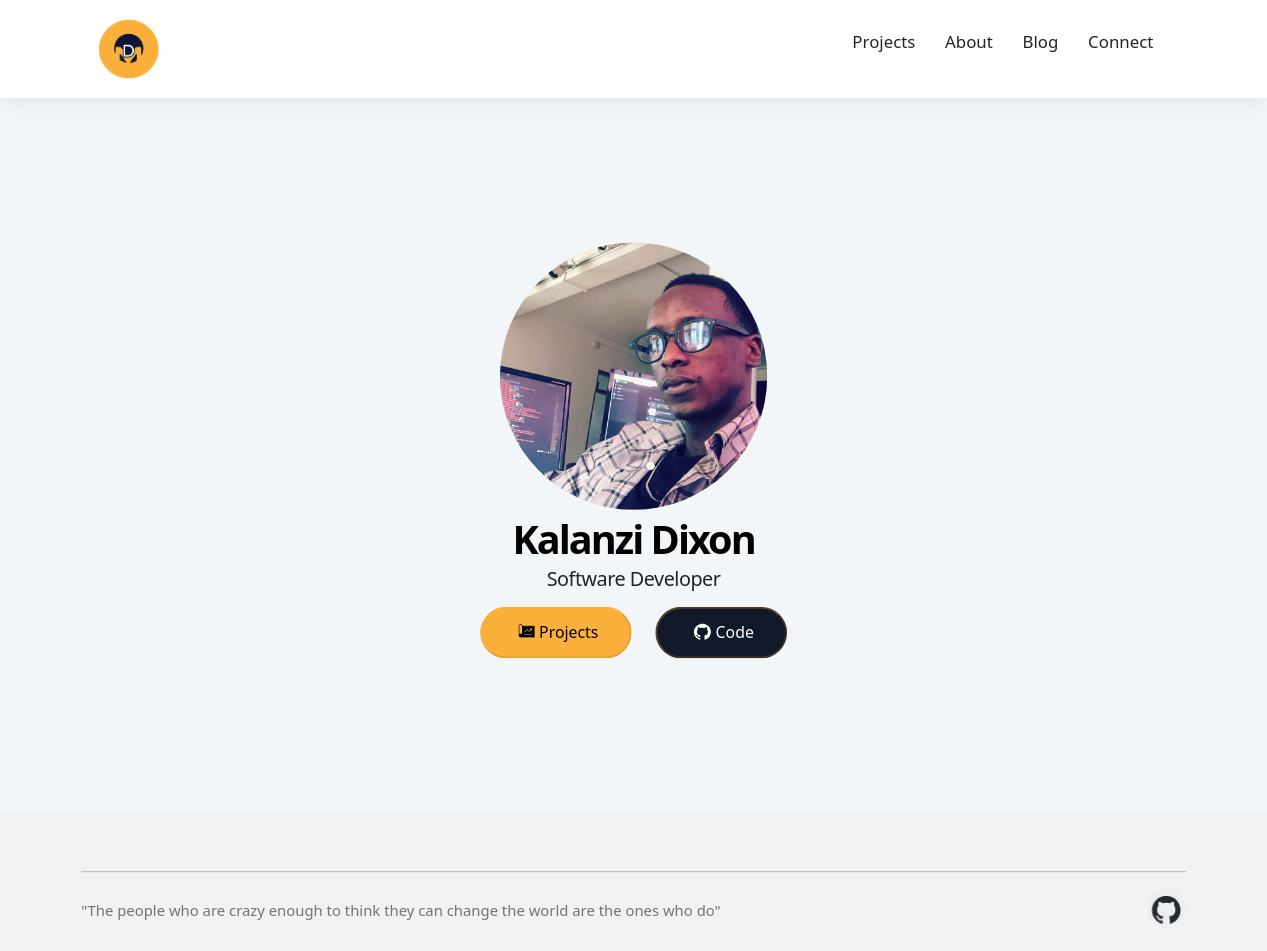
Repository: kaizoku010/firebrand
Page: /
An editor plug-in stored every save of this project. The page is shown before and after a run of saves, followed by the edit.
The browser window is 1280 px wide. The pictures show the whole page, at 99% of full size.
The project was rebuilt for these pictures with package versions that can differ from the ones it lists, and the page was loaded fresh each time. Also part of the build but not shown: vite.config.js, src/update/about.css, src/components/chips.css, src/components/chips.js, src/update/about.js, src/dataPoint/AllProjects.js, src/update/appsPage.js, src/update/blog.css and 4 more.

Above is the page before, as saved 2025-06-05 11:46:10.

### public/index.html
<!DOCTYPE html>
<html lang="en">
  <head>
    <meta charset="utf-8" />
    <link rel="icon" href="%PUBLIC_URL%/logo.ico" />
    <meta name="viewport" content="width=device-width, initial-scale=1" />
    <meta name="theme-color" content="#000000" />
    <meta
      name="description"
      content="Welcome to Firebrand"
    />
    <link rel="apple-touch-icon" href="%PUBLIC_URL%/logo.png" />
    <!--
      manifest.json provides metadata used when your web app is installed on a
      user's mobile device or desktop. See https://developers.google.com/web/fundamentals/web-app-manifest/
    -->
    <link rel="manifest" href="%PUBLIC_URL%/manifest.json" />

    <title>Kalanxi</title>
    <!-- Global site tag (gtag.js) - Google Analytics -->
<script async src="https://www.googletagmanager.com/gtag/js?id=G-C8GX9VTJ6W"></script>
<script>
  window.dataLayer = window.dataLayer || [];
  function gtag(){dataLayer.push(arguments);}
  gtag('js', new Date());

  gtag('config', 'G-C8GX9VTJ6W');
</script>
<script async src="https://pagead2.googlesyndication.com/pagead/js/adsbygoogle.js?client=ca-pub-3855618579065381"
     crossorigin="anonymous"></script>
     <script async custom-element="amp-ad" src="https://cdn.ampproject.org/v0/amp-ad-0.1.js"></script>
  </head>
  <body>
    <noscript>You need to enable JavaScript to run this app.</noscript>
    <div id="root"></div>

  </body>
</html>

### src/App.css
body {
  -webkit-font-smoothing: antialiased;
  background-color: #f3f6f8;
  margin-top: 0px;
  font-family:  ui-sans-serif,system-ui,-apple-system,BlinkMacSystemFont,Segoe UI,Roboto,Helvetica Neue,Arial,Noto Sans,sans-serif,apple color emoji,segoe ui emoji,Segoe UI Symbol,noto color emoji;
;
}

.content{
display: none !important;
}

a {
  text-decoration: none;
  color: #5747ff !important;
}

@media only screen and (max-width: 900px) {
  .holder__ {
    text-align: center;
    padding: 20px;
  }
}

.thumb-lg {
  height: 88px;
  width: 88px;
}
.profile-user-box {
  position: relative;
  border-radius: 5px;
}
.bg-custom {
  /*background-color: #02c0ce !important;  */
  background-color: #02191b !important;
  /* 02191b */
}
.profile-user-box {
  position: relative;
  border-radius: 5px;
}

.card-box {
  padding: 20px;
  position: sticky;
  border-radius: 3px;
  margin-bottom: 30px;
  z-index: 1;
  top: 0;
  background-color: #fff;
}
.inbox-widget .inbox-item img {
  width: 40px;
}

.inbox-widget .inbox-item {
  border-bottom: 1px solid #f3f6f8;
  overflow: hidden;
  padding: 10px 0;
  position: relative;
}

.inbox-widget .inbox-item .inbox-item-img {
  display: block;
  float: left;
  margin-right: 15px;
  width: 40px;
}

.inbox-widget .inbox-item img {
  width: 40px;
}

.inbox-widget .inbox-item .inbox-item-author {
  color: #313a46;
  display: block;
  margin: 0;
}

.inbox-widget .inbox-item .inbox-item-text {
  color: #98a6ad;
  display: block;
  font-size: 14px;
  margin: 0;
}

.inbox-widget .inbox-item .inbox-item-date {
  color: #98a6ad;
  font-size: 11px;
  position: absolute;
  right: 7px;
  top: 12px;
}

.comment-list .comment-box-item {
  position: relative;
}

.comment-list .comment-box-item .commnet-item-date {
  color: #98a6ad;
  font-size: 11px;
  position: absolute;
  right: 7px;
  top: 2px;
}

.comment-list .comment-box-item .commnet-item-msg {
  color: #313a46;
  display: block;
  margin: 10px 0;
  font-weight: 400;
  font-size: 15px;
  line-height: 24px;
}

.comment-list .comment-box-item .commnet-item-user {
  color: #98a6ad;
  display: block;
  font-size: 14px;
  margin: 0;
}

.comment-list a + a {
  margin-top: 15px;
  display: block;
}

.ribbon-box .ribbon-primary {
  background: #2d7bf4;
}

.ribbon-box .ribbon {
  position: relative;
  float: left;
  clear: both;
  padding: 5px 12px 5px 12px;
  margin-left: -30px;
  margin-bottom: 15px;
  font-family: Rubik, sans-serif;
  -webkit-box-shadow: 2px 5px 10px rgba(49, 58, 70, 0.15);
  -o-box-shadow: 2px 5px 10px rgba(49, 58, 70, 0.15);
  box-shadow: 2px 5px 10px rgba(49, 58, 70, 0.15);
  color: #fff;
  font-size: 13px;
}
.text-custom {
  color: #949797 !important;
}

.badge-custom {
  background: #02c0ce;
  color: #fff;
}
.badge {
  font-family: Rubik, sans-serif;
  -webkit-box-shadow: 0 0 24px 0 rgba(0, 0, 0, 0.06),
    0 1px 0 0 rgba(0, 0, 0, 0.02);
  box-shadow: 0 0 24px 0 rgba(0, 0, 0, 0.06), 0 1px 0 0 rgba(0, 0, 0, 0.02);
  padding: 0.35em 0.5em;
  font-weight: 500;
}
.text-muted {
  color: #98a6ad !important;
}
project_list
.font-13 {
  font-size: 13px !important;
}

.fire-text {
  text-align: justify;
}

@media screen and (max-width: 800px) {
  .card-box {
    padding: 20px !important;
    position: sticky;
    border-radius: 3px;
    margin-bottom: 30px;
    z-index: 1;
    top: 0;
    background-color: #fff;
  }
}


.main-color{
  color: #fbb03b;
}

### src/update/header.js
import React from 'react'
import "./header.css"
import Logo from "../img/logo.png"
import Email from "../img/email.png"
import { Link } from "react-router-dom";

function header() {
  return (
      <header class="header">
    <nav>
    <div class="logo">
          <a class="name_logo" href="index.html">Muneza.<span>Dixon</span></a>
        <Link to="/">  <img class="fireband-logo" src={ Logo} /></Link>
    </div>
    <input type="checkbox" id="menu-toggle"/>
    <label for="menu-toggle" class="menu-icon">&#9776;</label>
    <ul class="menu">
      <li><Link to={"apps"}>Projects</Link></li>
      <li><Link to={"about"} href="#">About</Link></li>
      <li><Link to={"blog"}>Blog</Link></li>
      <li><a href={"connect"}>Connect</a></li>
    </ul>
  </nav>
</header>
  )
}
// #9f0009 reds
export default header

### src/update/homescreen.js
import React from "react";
import UserImage from "../img/pp.jpg";
import "./homescreen.css";
import { Link } from "react-router-dom";
import CodeIc from "../img/code-ic.png";
import ProjectIc from "../img/project-ic.png";

function homescreen() {
  return (
    <div class="homepage">
      <main className="main-content">
        <img id="userImage" src={UserImage} />
        <h1 className="userName">Kalanzi Dixon</h1>
        <h2 className="userRole"> Software Developer</h2>
        <div className="site-holder">
          <Link to="/apps">
            <button id="btn-projects">
              <img className="project-ic" src={ProjectIc} />
              Projects
            </button>
          </Link>

          <Link target="_blank" to="https://github.com/kaizoku010">
            <button id="btn-code">
              <img className="project-ic" src={CodeIc} />
              Code
            </button>
          </Link>
        </div>
      </main>
    </div>
  );
}

export default homescreen;

### src/update/header.css
header_div {
    padding: 0;
    margin: 0;
    box-sizing: border-box;
    font-family: sans-serif;
    text-decoration: none;
    list-style: none;
  }


  .name_logo{
    display:none;
  }

  .header {
    position: sticky;
    top: 0;
    grid-area: header;
    width: 100%;
    box-shadow: 0 4px 20px hsla(207, 24%, 35%, 0.1);
    background-color: white;
    z-index: 2;
  }

  .email-ic{
    width:38px;
  }

  nav {
    display: flex;
    justify-content: space-between;
    align-items: center;
    padding: 20px 100px;
  }

  .logo a {
    font-size: 24px;
    font-weight: bold;
    color: #fff;
  }

  .logo a span {
    color: #8739fa;
  }


  .menu {
    display: flex;
    list-style:none;
    justify-content: center;
    align-items: center;
  }

  .menu a {
    display: block;
    padding: 7px 15px;
    font-size: 17px;
    font-weight: 500;
    transition: 0.2s all ease-in-out;
    color: #fff;
  }

  .menu:hover a {
    opacity: 0.4;
  }

  .menu a:hover {
    opacity: 1;
    color: #fff;
  }

  .menu-icon {
    display: none;
  }

  #menu-toggle {
    display: none;
  }

  #menu-toggle:checked ~ .menu {
    transform: scale(1, 1);
  }

  @media only screen and (max-width: 950px) {
    .menu {
      flex-direction: column;
      background-color: white;
      align-items: start;
      position: absolute;
      top: 82px;
      left: 0;
      width: 100%;
      z-index: 1;
      padding-left: 10px;
      transform: scale(1, 0);
      transform-origin: top;
      transition: transform 0.3s ease-in-out;
      box-shadow: rgba(0, 0, 0, 0.15) 1.95px 1.95px 2.6px;
    }

    nav {
      display: flex;
      justify-content: space-between;
      align-items: center;
      padding: 18px 30px;
  }

    .name_logo{
        display:none;
      }

    .menu a {
      margin-left: 12px;
    }

    .menu li {
      margin-bottom: 10px;
    }

    .menu-icon {
      display: block;
      color: black;
      font-size: 28px;
      cursor: pointer;
    }
    /* my logo */

  .fireband-logo{
    width: 50px !important;

  }
  }



  .fireband-logo{
    width: 60px;
  }


  .header a {
    color:#212529 !important
      }
    .header a:hover {
        color:#fbb03b !important;
    }

### src/update/homescreen.css
.homepage{
    /* margin-top: 50px; */
    display: flex;
    place-content: center;
    height: 100vh;
    align-items: center;
    position: relative;

    min-height: 500px;
}

.main-content{
    text-align: center;
    display: flex;
    flex-direction: column;
}

#userImage{
    border-radius: 50% !important;
    align-self: center;
    margin-bottom: 10px;
    width: 60%;
}

.userName{
    letter-spacing: -.05em;
    font-size: 2.5rem;
    text-align: center;
    background: -webkit-radial-gradient(#030303, #010001);
    -webkit-background-clip: text;
    background-clip: text;
    -webkit-text-fill-color: transparent;
    line-height: 1;
    font-weight: 700;
    white-space: nowrap;
}

.userRole{
    max-width: 48rem;
    font-size: 20px;
    font-weight: 100;
    margin-left: auto;
    letter-spacing: -.025em;
    color: rgb(17 24 39 / var(50%));
    text-align: center;
    margin-right: auto;
}

.site-holder{
    padding-left: 1.5rem;
    flex-wrap: nowrap;
    padding-right: 1.5rem;
    gap: 1.5rem;
    margin-top: 0.5rem;
    margin-bottom: 0.5rem;
    justify-content: center;
    display: flex;
    flex-direction: row;
}

#btn-projects{
    color: rgb(255 255 255 / var(10%));
    padding-top: 0.75rem;
    background-color: #fbb03b;
    padding-bottom: 0.75rem;
    opacity: 1;
    line-height: 1.375;
    color: black;
    font-weight: 500;
    border-radius: 2.5rem;
    border-color: #fbb03b45;
    padding-left: 2rem;
    padding-right: 2rem;
}

#btn-projects:hover{
    background-color: #efa123;

}


.project-ic{
    height:1rem;
    padding-right: 5px;
    padding-left: 5px;
    margin-bottom: 5px !important;
}

#btn-code{
background-color:  rgb(17 24 39);
color: rgb(255 255 255 / var(10%));
padding-top: 0.75rem;
padding-bottom: 0.75rem;
opacity: 1;
line-height: 1.375;
color: white;
font-weight: 500;
border-radius: 2.5rem;
border-color: #fbb03b45;
padding-left: 2rem;
padding-right: 2rem;
}

#btn-code:hover{
    background-color: rgb(71, 74, 81);

}

@media only screen and (max-width: 950px) {
    .homepage {
        display: flex;
        place-content: center;
        height: 100%;
        align-items: center;
        position: relative;
    }

    .site-footer {
        position: relative;
        background-color: #f0f2f4e4;
        padding: 0px 0 20px !important;
        font-size: 15px;
        line-height: 24px;
        color: #737373;
    }
}

### src/update/appsPage.css
/* Base Styles */
:root {
  --primary-color: #333333;
  --secondary-color: #fbb03b;
  --accent-color: #fbb03b;
  --background-color: #f8f9fa;
  --card-bg-color: #ffffff;
  --text-color: #333333;
  --text-light: #6c757d;
  --border-radius: 12px;
  --box-shadow: 0 10px 30px rgba(0, 0, 0, 0.08);
  --transition: all 0.3s ease;
}

.appsHolder {
  background-color: var(--background-color);
  min-height: 100vh;
  padding-bottom: 4rem;
  overflow-x: hidden;
}

/* Loading Animation */
.loading-container {
  display: flex;
  flex-direction: column;
  align-items: center;
  justify-content: center;
  height: 100vh;
  background-color: var(--background-color);
}

.loader {
  width: 50px;
  height: 50px;
  border: 5px solid rgba(67, 97, 238, 0.2);
  border-radius: 50%;
  border-top-color: var(--primary-color);
  animation: spin 1s ease-in-out infinite;
  margin-bottom: 1rem;
}

@keyframes spin {
  to { transform: rotate(360deg); }
}

/* Hero Section */
.hero-section {
  display: none;
  position: relative;
  padding: 6rem 2rem 4rem;
  background: linear-gradient(135deg, #000 0%, #242229 100%);
  color: #bbb7b7;
  text-align: center;
  border-radius: 0px !important;
  margin-bottom: 3rem;
  overflow: hidden;
}


.apps-span {
  color: var(--secondary-color);
  position: relative;
  font-weight: 700 ;
  display: inline-block;
  text-decoration: none;
}

@media only screen and (max-width: 600px) {
  .appsHeading {
      font-size: 2.5rem !important;
  }
}

.hero-subtitle {
  font-size: 1rem;
  display: none !important;
}

  .tech-stack-list {
      justify-items: left;
      display: grid;
      font-size: 0.8rem;
      list-style: none !important;
      grid-template-columns: none !important;
      /* grid-gap: 20px !important; */
  }


.appsHeading {
  font-size: 3.5rem;
  font-weight: 200 !important;
  margin-bottom: 1rem;
  letter-spacing: -0.02em;
}

.hero-content {
  position: relative;
  z-index: unset !important;
}
.hero-shapes {
  position: absolute;
  top: 0;
  left: 0;
  width: 100%;
  height: 100%;
  z-index: 1;
  overflow: hidden;
}

.shape {
  position: absolute;
  border-radius: 50%;
  opacity: 0.2;
}

.shape-1 {
  width: 300px;
  height: 300px;
  background-color: rgba(255, 255, 255, 0.3);
  top: -100px;
  right: -100px;
  animation: float 8s ease-in-out infinite;
}

.shape-2 {
  width: 200px;
  height: 200px;
  background-color: rgb(255 193 7 / 21%);
  bottom: -50px;
  left: 10%;
  animation: float 12s ease-in-out infinite;
}

.shape-3 {
  width: 150px;
  height: 150px;
  background-color: rgba(255, 255, 255, 0.25);
  top: 30%;
  left: 20%;
  animation: float 10s ease-in-out infinite 1s;
}

@keyframes float {
  0% { transform: translateY(0) rotate(0deg); }
  50% { transform: translateY(-20px) rotate(5deg); }
  100% { transform: translateY(0) rotate(0deg); }
}

.appsHeading {
  line-height: 1;
  font-weight: 700;
  text-align: center !important;
  font-size: 3em !important;
  margin-bottom: 0px !important;
  letter-spacing: -0.05em !important;
  padding: 10% !important;
}

.apps-span {
  color: var(--secondary-color);
  position: relative;
  display: inline-block;
}

.apps-span::after {
  content: '';
  position: absolute;
  bottom: -5px;
  display: none !important;
  left: 0;
  width: 100%;
  height: 4px;
  background-color: var(--secondary-color);
  border-radius: 2px;
}

.hero-subtitle {
  font-size: 1.25rem;
  opacity: 0.9;
  max-width: 600px;
  margin: 0 auto;
}

/* Controls Container */
.controls-container {
  max-width: 1200px;
  margin: 0 auto 2rem;
  padding: 0 1.5rem;
  display: flex;
  flex-direction: column;
  gap: 1.5rem;
}

.search-container {
  position: relative;
  max-width: 500px;
  display: none;
  margin: 0 auto;
  width: 100%;
}

.search-input {
  width: 100%;
  padding: 1rem 1.5rem;
  border-radius: 50px;
  border: 2px solid #e0e0e0;
  font-size: 1rem;
  transition: var(--transition);
  box-shadow: 0 4px 10px rgba(0, 0, 0, 0.03);
}

.search-input:focus {
  outline: none;
  border-color: var(--primary-color);
  box-shadow: 0 4px 15px rgba(67, 97, 238, 0.15);
}

.search-icon {
  position: absolute;
  right: 1.5rem;
  top: 50%;
  transform: translateY(-50%);
  color: #aaa;
  font-size: 1.2rem;
}

.categories-container {
  display: flex;
  flex-wrap: wrap;
  margin-top: 5rem;
  gap: 0.75rem;
  justify-content: center;
}

.category-btn {
  padding: 0.6rem 1.2rem;
  border-radius: 50px;
  border: none;
  background-color: #e9ecef;
  color: var(--text-color);
  font-size: 0.9rem;
  font-weight: 500;
  cursor: pointer;
  transition: var(--transition);
}

.category-btn:hover {
  background-color: #dee2e6;
}

.category-btn.active {
  background-color: var(--primary-color);
  color: white;
}

/* Projects Grid */
.sites-holder {
  max-width: 1400px;
  margin: 0 auto;
  padding: 0 1.5rem;
}

.no-results {
  text-align: center;
  padding: 3rem 0;
  color: var(--text-light);
}

.sites-list {
  display: grid;
  grid-template-columns: repeat(auto-fill, minmax(350px, 1fr));
  gap: 2rem;
  list-style-type: none;
  padding: 0;
  margin: 0;
}

.sites {
  opacity: 0;
  transform: translateY(20px);
  animation: fadeInUp 0.5s forwards;
}

@keyframes fadeInUp {
  to {
    opacity: 1;
    transform: translateY(0);
  }
}

.project-card {
  background-color: var(--card-bg-color);
  border-radius: var(--border-radius);
  overflow: hidden;
  box-shadow: var(--box-shadow);
  transition: var(--transition);
  height: 100%;
  display: flex;
  flex-direction: column;
}

.project-card:hover {
  transform: translateY(-10px);
  box-shadow: 0 15px 35px rgba(0, 0, 0, 0.1);
}

.card-header {
  position: relative;
  padding: 1.5rem;
  display: flex;
  align-items: center;
  border-bottom: 1px solid #f0f0f0;
}

.site-logo {
  width: 70px;
  height: 70px;
  object-fit: contain;
  border-radius: 12px;
  background-color: #f8f9fa;
  padding: 0.5rem;
  box-shadow: 0 4px 10px rgba(0, 0, 0, 0.05);
}

.card-badges {
  display: flex;
  flex-wrap: wrap;
  gap: 0.5rem;
  margin-left: auto;
}

.card-content {
  padding: 1.5rem;
  flex-grow: 1;
}

.site-title {
  font-size: 1.5rem;
  font-weight: 700;
  margin-bottom: 0.5rem;
  color: var(--text-color);
  transition: var(--transition);
}

.site-location {
  font-size: 0.9rem;
  color: var(--text-light);
  margin-bottom: 1rem;
  display: flex;
  align-items: center;
}

.site-location::before {
  content: '📍';
  margin-right: 0.5rem;
}

.site-desc {
  font-size: 1rem;
  line-height: 1.6;
  color: var(--text-color);
  margin-bottom: 1.5rem;
  display: -webkit-box;
  -webkit-line-clamp: 3;
  -webkit-box-orient: vertical;
  overflow: hidden;
}

.card-footer {
  padding: 1rem 1.5rem;
  border-top: 1px solid #f0f0f0;
  display: flex;
  justify-content: space-between;
  align-items: center;
  background-color: #fafafa;
}

.view-project {
  font-weight: 600;
  color: var(--primary-color);
}

.arrow-icon {
  font-size: 1.2rem;
  color: var(--primary-color);
  transition: var(--transition);
}

.project-card:hover .arrow-icon {
  transform: translateX(5px);
}

/* Responsive Styles */
@media only screen and (max-width: 950px) {
  .appsHeading {
    font-size: 2.5rem;
  }

  .hero-section {
    display: none;
    padding: 4rem 1rem 3rem;
    border-radius: 0 0 15% 15% / 10%;
  }

  .sites-list {
    grid-template-columns: repeat(auto-fill, minmax(280px, 1fr));
    gap: 1.5rem;
  }

  .card-header {
    flex-direction: column;
    align-items: flex-start;
    gap: 1rem;
  }

  .card-badges {
    margin-left: 0;
  }

  .site-logo {
    width: 60px;
    height: 60px;
  }
}

@media only screen and (max-width: 600px) {
  .appsHeading {
    font-size: 2rem;
  }

  .hero-subtitle {
    font-size: 1rem;
  }

  .controls-container {
    padding: 1rem 1rem;
  }

  .sites-holder {
    padding: 0 1rem;
  }

  .sites-list {
    grid-template-columns: 1fr;
  }

  .category-btn {
    padding: 0.5rem 1rem;
    font-size: 0.8rem;
  }
}

/* Chip Styling */
.chip {
    padding: 0.4rem 0.8rem;
    border-radius: 50px;
    font-size: 0.8rem;
    font-weight: 500;
    color: white;
    background-color: rgb(51 51 51) !important;
    display: inline-block;
    box-shadow: 0 2px 5px rgba(0, 0, 0, 0.1);
}

/* Links */
.link-list {
  color: inherit;
  text-decoration: none !important;
  display: block;
  height: 100%;
}

a {
  color: inherit;
  text-decoration: none !important;
}

p {
  margin: 0;
  padding: 0;
}

### src/update/footer.css
.site-footer
{
  position: relative;
  background-color:#f0f2f4e4;
  padding:45px 0 20px;
  font-size:15px;
  line-height:24px;
  color:#737373;
}

.row{
  align-items: center !important;
}

.facebook{
    width: 30px;
}
.site-footer hr
{
  border-top-color:#bbb;
  opacity:0.5
}
.site-footer hr.small
{
  margin:20px 0
}
.site-footer h6
{
  color:#fff;
  font-size:16px;
  text-transform:uppercase;
  margin-top:5px;
  letter-spacing:2px
}
.site-footer a
{
  color:#737373;
}
.site-footer a:hover
{
  color:#3366cc;
  text-decoration:none;
}
.footer-links
{
  padding-left:0;
  list-style:none
}
.footer-links li
{
  display:block
}
.footer-links a
{
  color:#737373
}
.footer-links a:active,.footer-links a:focus,.footer-links a:hover
{
  color:#3366cc;
  text-decoration:none;
}
.footer-links.inline li
{
  display:inline-block
}
.site-footer .social-icons
{
  text-align:right
}
.site-footer .social-icons a
{
  width:40px;
  height:40px;
  line-height:40px;
  margin-left:6px;
  margin-right:0;
  border-radius:100%;
}
.copyright-text
{
  margin:0
}
@media (max-width:991px)
{
  .site-footer [class^=col-]
  {
    margin-bottom:30px
  }
}
@media (max-width:767px)
{

  .copyright-text{
    margin:10px;
  }
  .site-footer
  {
    padding-bottom:0
  }
  .site-footer .copyright-text,.site-footer .social-icons
  {
    text-align:center
  }
}
.social-icons
{
  padding-left:0;
  margin-bottom:0;
  list-style:none
}
.social-icons li
{
  display:inline-block;
  margin-bottom:4px
}
.social-icons li.title
{
  margin-right:15px;
  text-transform:uppercase;
  color:#96a2b2;
  font-weight:700;
  font-size:13px
}
.social-icons a{
  background-color:#eceeef;
  color:#818a91;
  font-size:16px;
  display:inline-block;
  line-height:44px;
  width:44px;
  height:44px;
  text-align:center;
  margin-right:8px;
  border-radius:100%;
  -webkit-transition:all .2s linear;
  -o-transition:all .2s linear;
  transition:all .2s linear
}
.social-icons a:active,.social-icons a:focus,.social-icons a:hover
{
  color:#fff;
  background-color:#ebebeb
}
.social-icons.size-sm a
{
  line-height:34px;
  height:34px;
  width:34px;
  font-size:14px
}
.social-icons a.facebook:hover
{
  background-color:#e7e9e9
}
.social-icons a.twitter:hover
{
  background-color:#00aced
}
.social-icons a.linkedin:hover
{
  background-color:#007bb6
}
.social-icons a.dribbble:hover
{
  background-color:#ea4c89
}
@media (max-width:767px)
{
  .social-icons li.title
  {
    display:block;
    margin-right:0;
    font-weight:600
  }
}

Loaded but not shown: src/index.js (common file); src/index.css (common file); src/reportWebVitals.js (common file); src/App.js (42 lines, source omitted); src/update/footer.js (34 lines, source omitted)

After the next 3 saves:
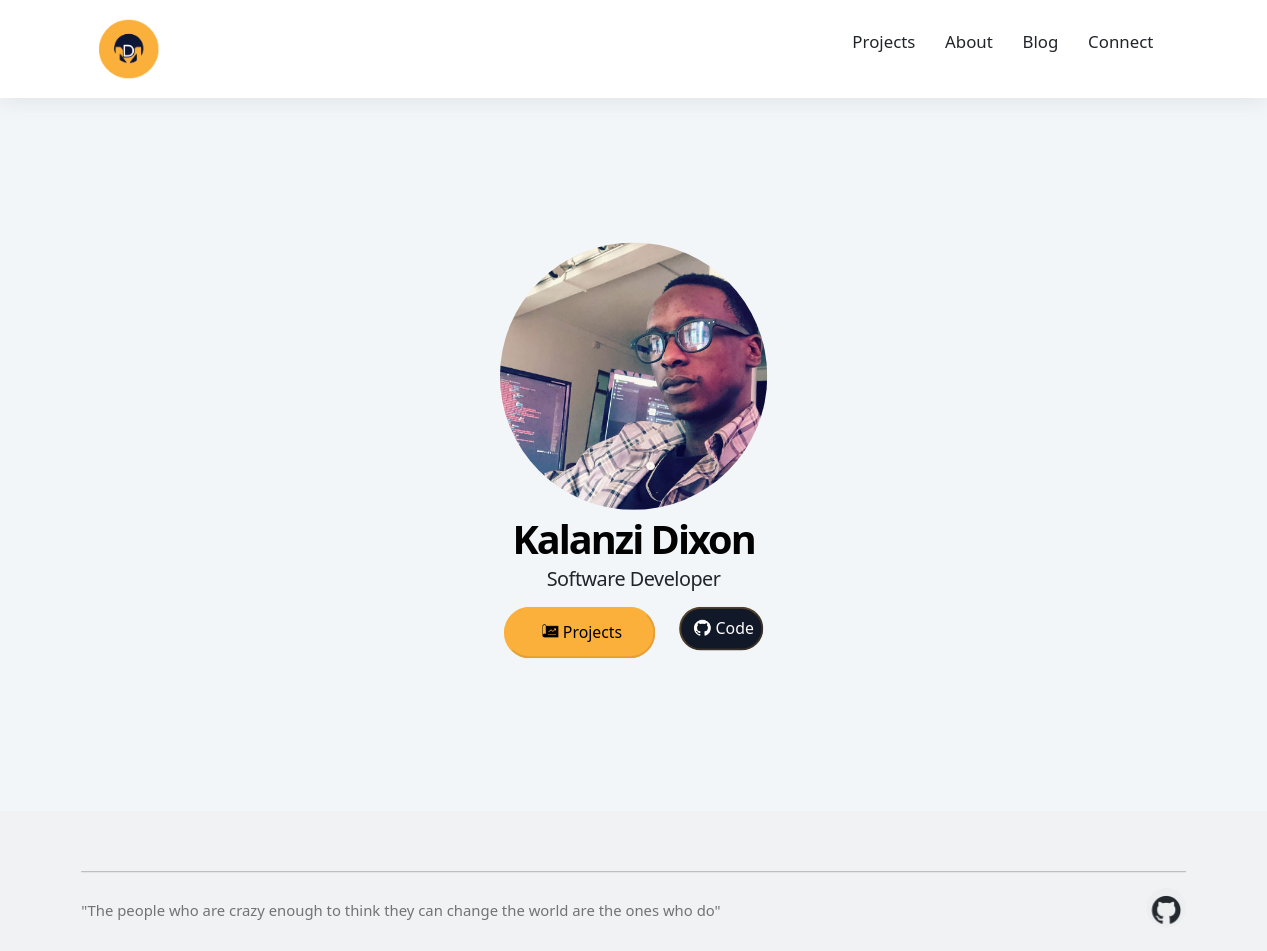
The 3 saves are shown as one change because they came seconds apart.
The last was saved 70 s later.
--- a/src/update/homescreen.css
+++ b/src/update/homescreen.css
@@ -89,16 +89,13 @@
 #btn-code{
 background-color:  rgb(17 24 39);
 color: rgb(255 255 255 / var(10%));
-padding-top: 0.75rem;
-padding-bottom: 0.75rem;
-opacity: 1;
-line-height: 1.375;
-color: white;
-font-weight: 500;
-border-radius: 2.5rem;
-border-color: #fbb03b45;
-padding-left: 2rem;
-padding-right: 2rem;
+    opacity: 1;
+    line-height: 1.375;
+    color: #fff;
+    font-weight: 500;
+    border-radius: 2.5rem;
+    border-color: rgba(251, 176, 59, .27058823529411763);
+    padding: .5rem .5rem;
 }
 
 #btn-code:hover{
